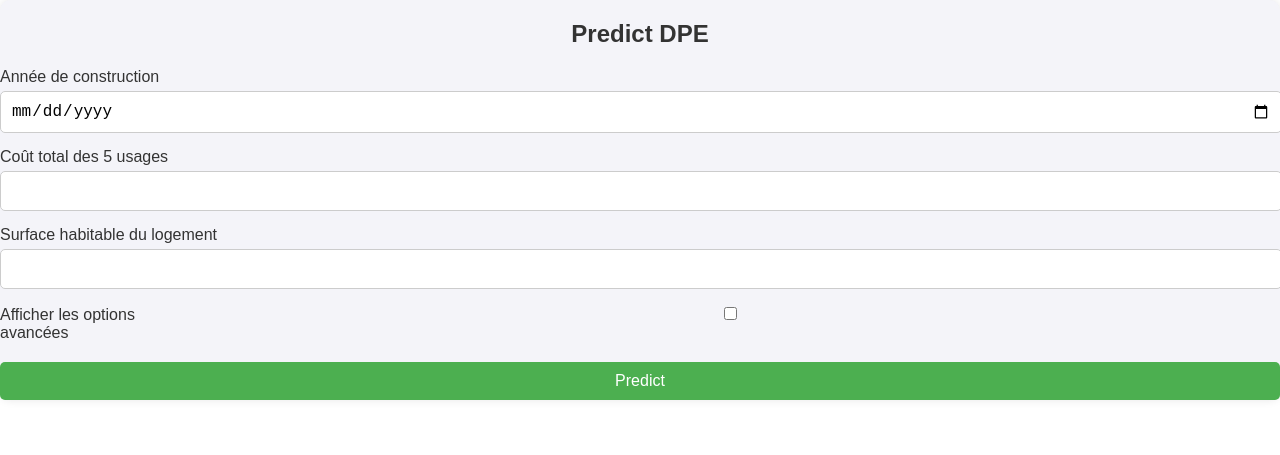
Repository: abdouAppcraft/Predict-DPE
Page: /
These files come from the project's save history. The page is drawn as it stood at one moment and after the next save; the edit follows.
The browser window is 1280 px wide. The pictures show the whole page.
The page's requests for data from a server got no answer. The project was rebuilt for these pictures with package versions that can differ from the ones it lists, and the page was loaded fresh each time. No one was signed in, and anything a server would have sent is missing. Also part of the build but not shown: src/screens/Result/Result.tsx.

Above is the page before, as saved 2024-06-11 17:10:46.

After the next save:
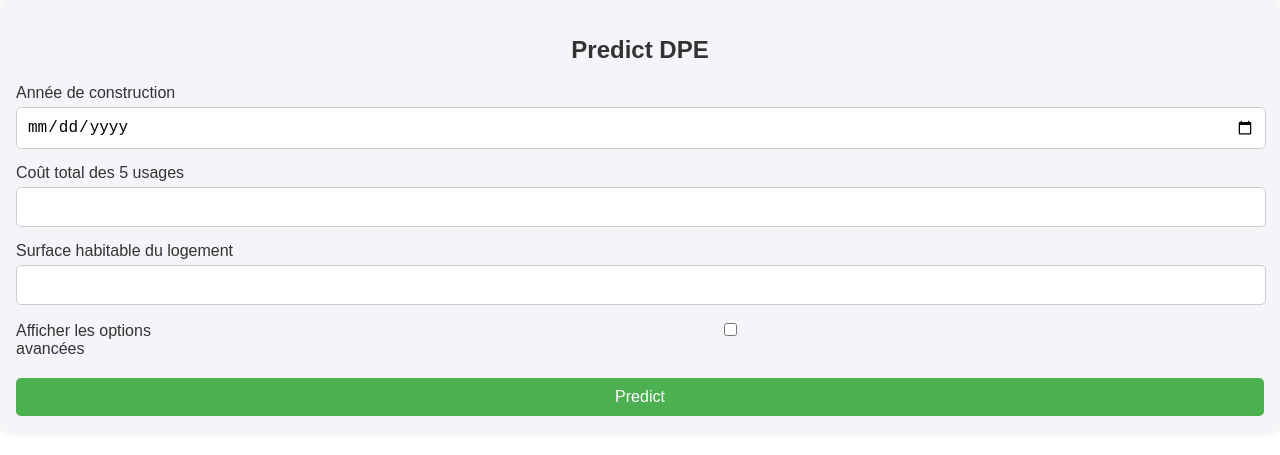
Saved 9 s later.
--- a/src/screens/PredictForm/PredictForm.css
+++ b/src/screens/PredictForm/PredictForm.css
@@ -10,7 +10,8 @@
     section:first-child {
         flex: 1;
         overflow-y: auto;
-        overflow-x: hidden
+        overflow-x: hidden;
+        padding: 1rem
     };
     section:last-child {
         flex: 1;
